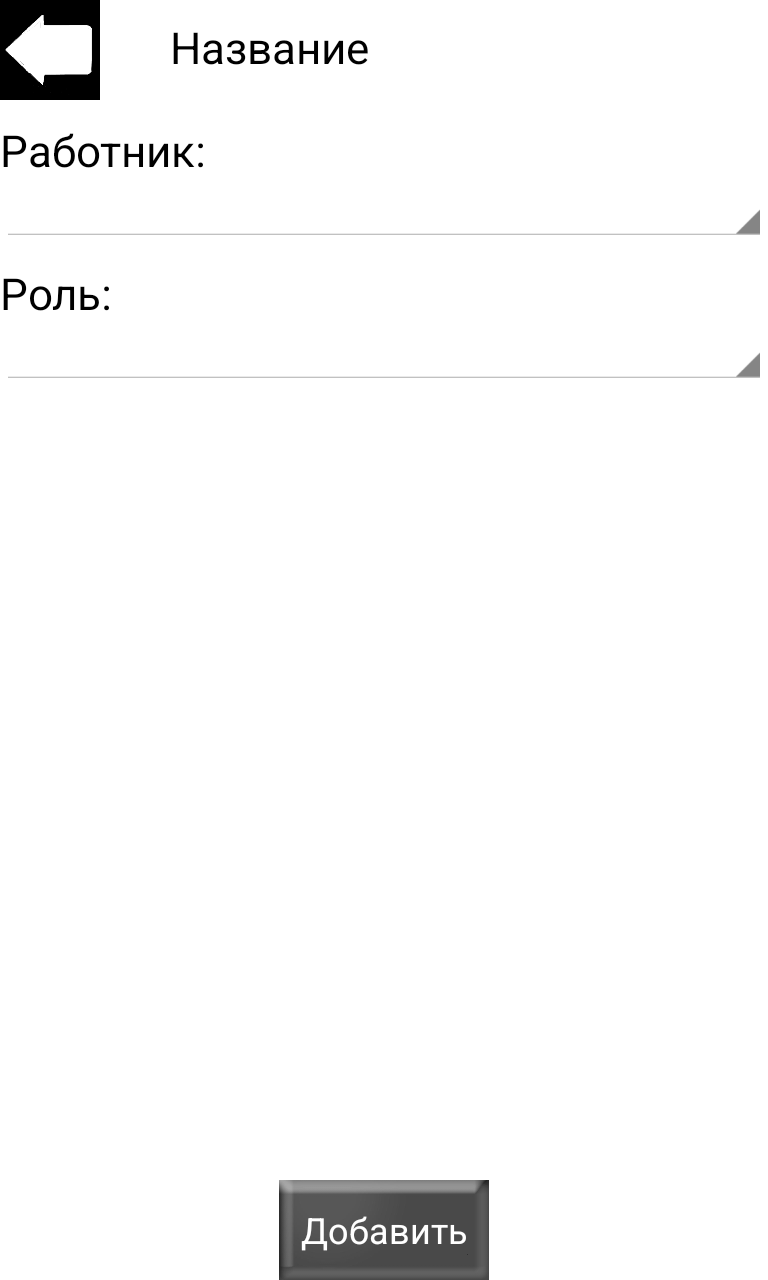
Repository: webguild/RedmineMobile
Layout: Android/RedmineAndroid/res/layout/project_add_worker.xml
These files come from the project's save history. The layout is drawn as it stood at one moment and after the next save; the edit follows.
It is drawn on a 768 x 1280 px phone screen (xhdpi) without system bars, with theme AppTheme; the app's code is not run.

Above is the layout before, as saved 2013-01-18 15:09:10.

### Android/RedmineAndroid/res/layout/project_add_worker.xml
<?xml version="1.0" encoding="utf-8"?>
<LinearLayout xmlns:android="http://schemas.android.com/apk/res/android"
    android:layout_width="match_parent"
    android:layout_height="match_parent"
    android:background="#fff"
    android:orientation="vertical" >

    <LinearLayout
        android:layout_width="match_parent"
        android:layout_height="wrap_content" >

        <Button
            android:id="@+id/button1"
            android:layout_width="50dp"
            android:layout_height="50dp"
            android:background="@drawable/backbutton" />

        <TextView
            android:id="@+id/textView1"
            android:layout_width="wrap_content"
            android:layout_height="wrap_content"
            android:layout_marginLeft="35dp"
            android:text="Название"
            android:textAppearance="?android:attr/textAppearanceLarge" />
    </LinearLayout>

    <TextView
        android:id="@+id/textView2"
        android:layout_width="wrap_content"
        android:layout_height="wrap_content"
        android:layout_marginTop="10dp"
        android:text="Работник:"
        android:textAppearance="?android:attr/textAppearanceLarge" />

    <Spinner
        android:id="@+id/spinner1"
        android:layout_width="match_parent"
        android:layout_height="wrap_content" />

    <TextView
        android:id="@+id/textView3"
        android:layout_width="wrap_content"
        android:layout_height="wrap_content"
        android:layout_marginTop="10dp"
        android:text="Роль:"
        android:textAppearance="?android:attr/textAppearanceLarge" />

    <Spinner
        android:id="@+id/spinner2"
        android:layout_width="match_parent"
        android:layout_height="wrap_content" />

    <android.widget.Space
        android:id="@+id/space1"
        android:layout_width="match_parent"
        android:layout_height="wrap_content" />

    <FrameLayout
        android:id="@+id/FrameLayout1"
        android:layout_width="fill_parent"
        android:layout_height="fill_parent" >

        <Button
            android:id="@+id/button2"
            android:layout_width="105dp"
            android:layout_height="50dp"
            android:layout_gravity="bottom|center"
            android:background="@drawable/darkgreybutton"
            android:text="Добавить"
            android:textColor="#fff" />

    </FrameLayout>

</LinearLayout>

Loaded but not shown: Android/RedmineAndroid/res/values/styles.xml (common file); Android/RedmineAndroid/res/values-v11/styles.xml (common file)

After the next save:
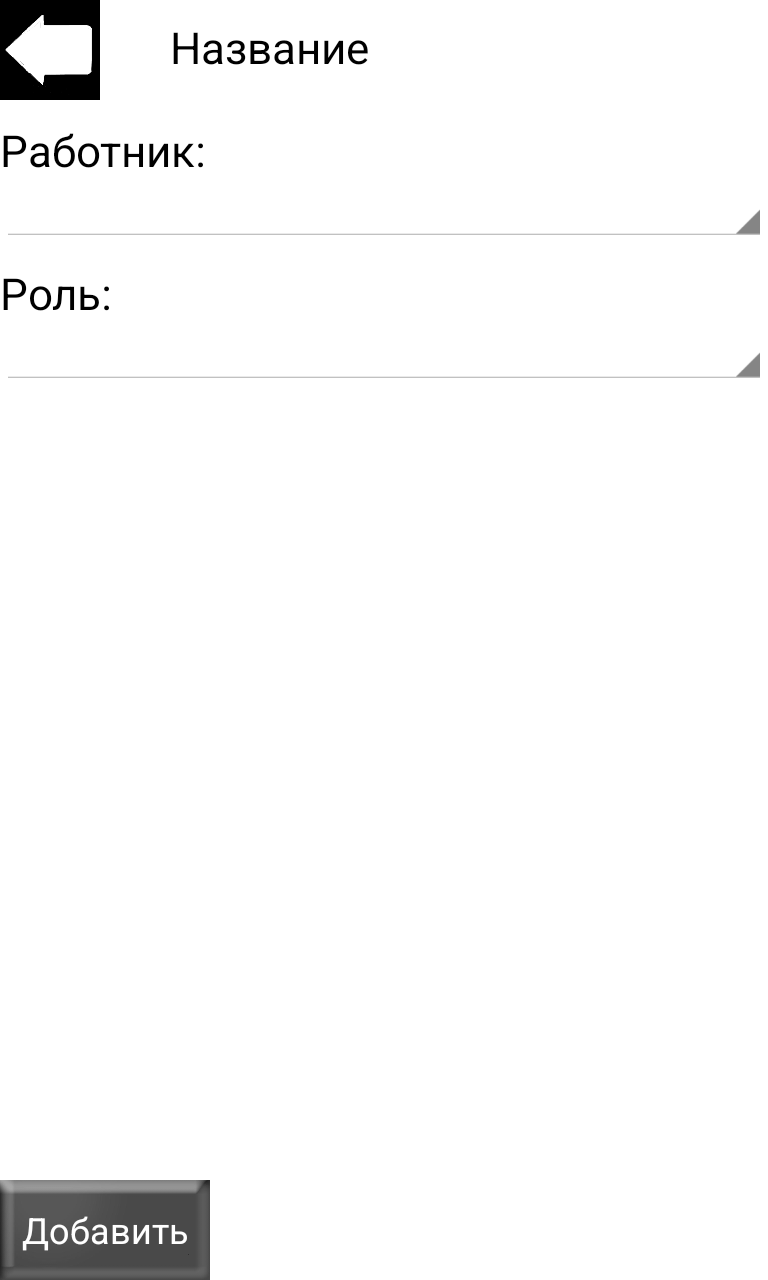
Saved 73 s later.
--- a/Android/RedmineAndroid/res/layout/project_add_worker.xml
+++ b/Android/RedmineAndroid/res/layout/project_add_worker.xml
@@ -55,8 +55,8 @@
         android:layout_width="match_parent"
         android:layout_height="wrap_content" />
 
-    <FrameLayout
-        android:id="@+id/FrameLayout1"
+    <LinearLayout
+        android:id="@+id/LinearLayout1"
         android:layout_width="fill_parent"
         android:layout_height="fill_parent" >
 
@@ -68,7 +68,6 @@
             android:background="@drawable/darkgreybutton"
             android:text="Добавить"
             android:textColor="#fff" />
-
-    </FrameLayout>
+    </LinearLayout>
 
 </LinearLayout>

After the save that followed:
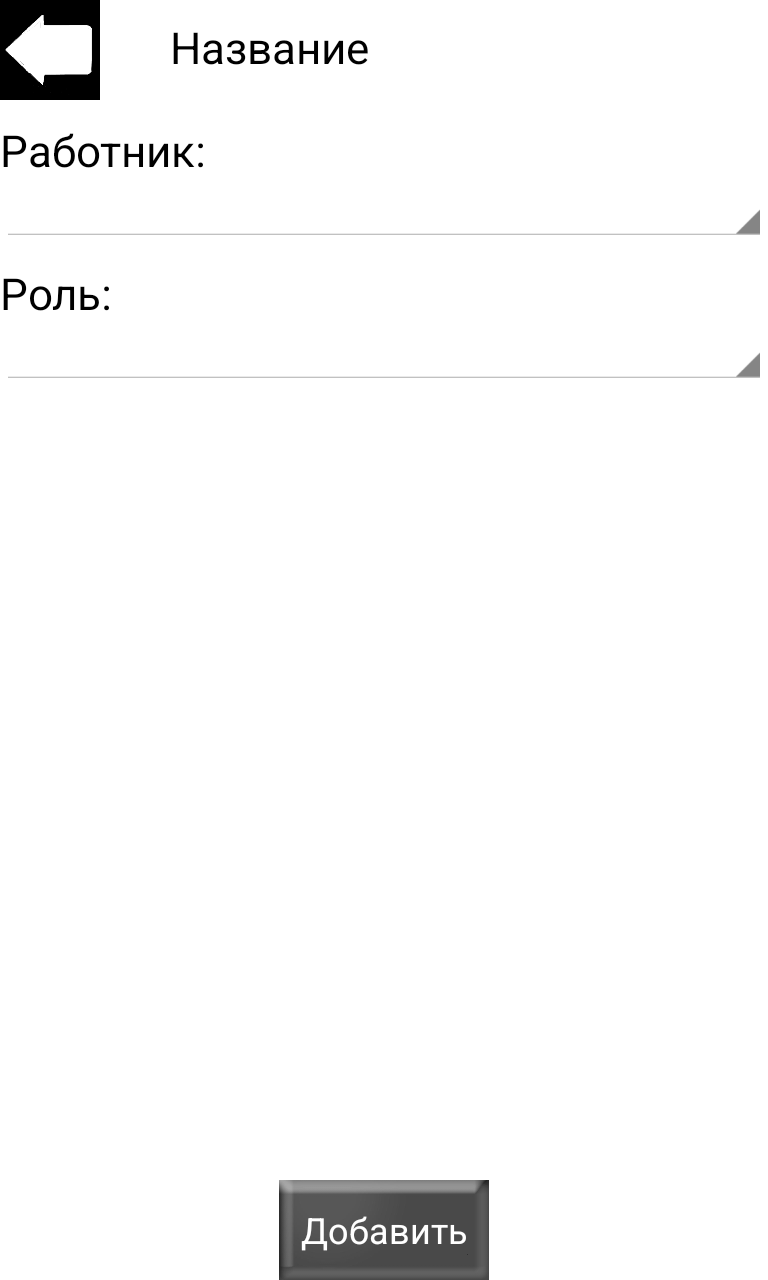
Saved 99 s later.
--- a/Android/RedmineAndroid/res/layout/project_add_worker.xml
+++ b/Android/RedmineAndroid/res/layout/project_add_worker.xml
@@ -58,16 +58,25 @@
     <LinearLayout
         android:id="@+id/LinearLayout1"
         android:layout_width="fill_parent"
-        android:layout_height="fill_parent" >
+        android:layout_height="fill_parent"
+        android:gravity="bottom|center"
+        android:orientation="horizontal" >
 
-        <Button
-            android:id="@+id/button2"
-            android:layout_width="105dp"
-            android:layout_height="50dp"
-            android:layout_gravity="bottom|center"
-            android:background="@drawable/darkgreybutton"
-            android:text="Добавить"
-            android:textColor="#fff" />
+        <LinearLayout
+            android:layout_width="wrap_content"
+            android:layout_height="match_parent"
+            android:gravity="bottom|center"
+            android:orientation="vertical" >
+
+            <Button
+                android:id="@+id/button2"
+                android:layout_width="105dp"
+                android:layout_height="50dp"
+                android:background="@drawable/darkgreybutton"
+                android:text="Добавить"
+                android:textColor="#fff" />
+
+        </LinearLayout>
     </LinearLayout>
 
 </LinearLayout>
